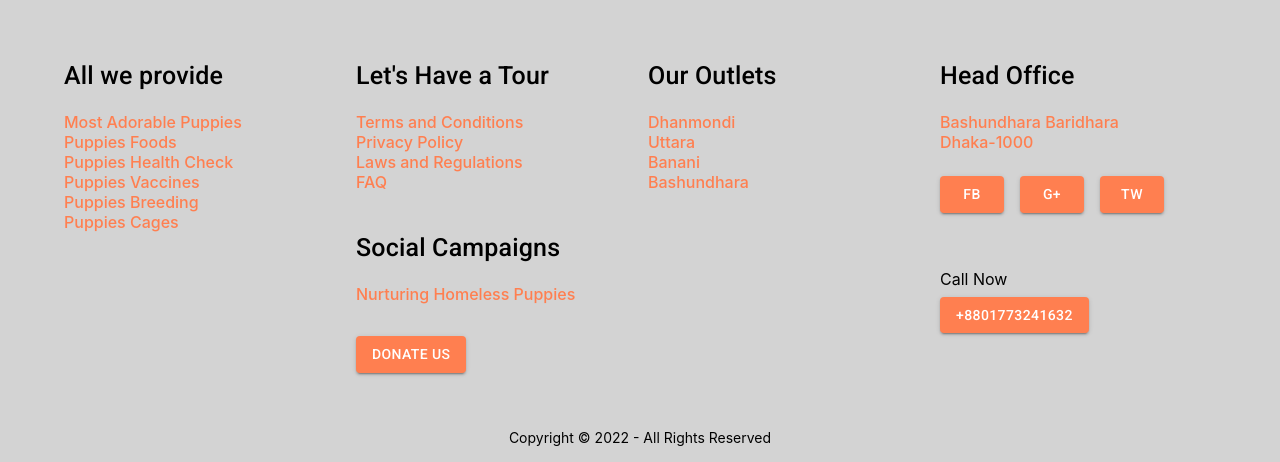
Repository: Sharif-00112/dogos-paradise-client
Page: /
These files come from the project's save history. The page is drawn as it stood at one moment and after the next save; the edit follows.
The browser window is 1280 px wide. The pictures show the part of the page from y = 2960 to 3422 px (the page is 3422 px tall before and 3390 px after).
The page's requests for data from a server got no answer. The project was rebuilt for these pictures with package versions that can differ from the ones it lists, and the page was loaded fresh each time. Some packages were replaced by stand-ins written for this rebuild. No one was signed in, and anything a server would have sent is missing. Also part of the build but not shown: src/Pages/Home/Dog/Dog.js, src/Pages/Login/Login/Login.js, src/Pages/Login/Register/Register.js, src/Pages/Login/PrivateRoute/PrivateRoute.js, src/Pages/NotFound/NotFound.js, src/Pages/Dashboard/MakeAdmin/MakeAdmin.js, src/Pages/Login/AdminRoute/AdminRoute.js, src/Pages/Dashboard/ManageProducts/ManageProducts.js and 4 more. Imported but missing from the stored project, and not drawn on this page: src/Pages/Dashboard/DashboardHome/DashboardHome, src/hooks/useTitle.

Above is the page before, as saved 2022-12-10 22:38:56.

After the next save:
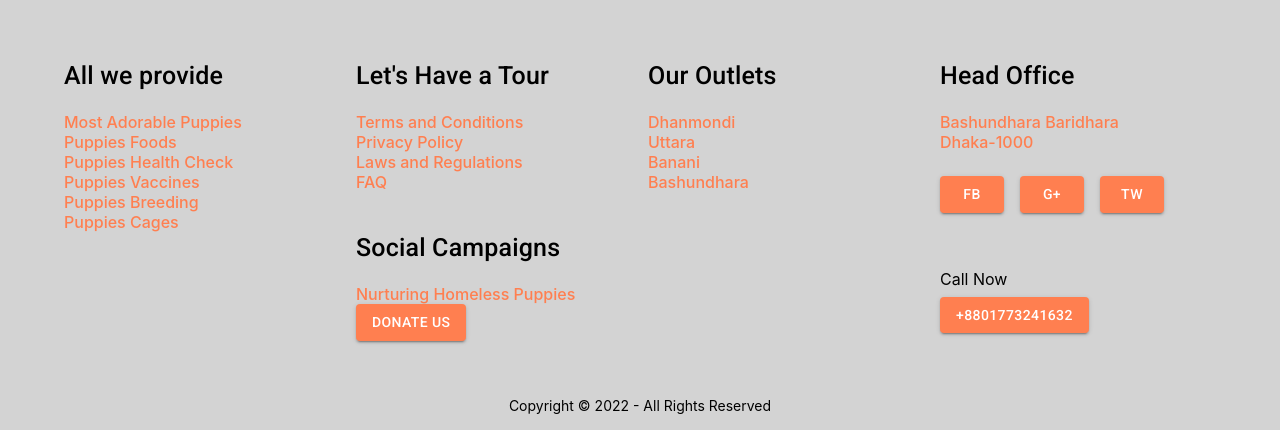
Saved 12 s later.
--- a/src/Pages/Shared/Footer/Footer.js
+++ b/src/Pages/Shared/Footer/Footer.js
@@ -95,7 +95,7 @@ const Footer = () => {
                         <Link
                             style={{ textDecoration:'none', color:'whitesmoke' }}
                             to = '/donate'>
-                            <Button size="medium" variant="contained" style={{backgroundColor: 'coral'}} sx={{mt:4}}>Donate us</Button>
+                            <Button size="medium" variant="contained" style={{backgroundColor: 'coral'}} sx={{}}>Donate us</Button>
                         </Link>
                     </Grid>
                     <Grid item style={{ textAlign: 'left'}} xs={6} md={3}>
